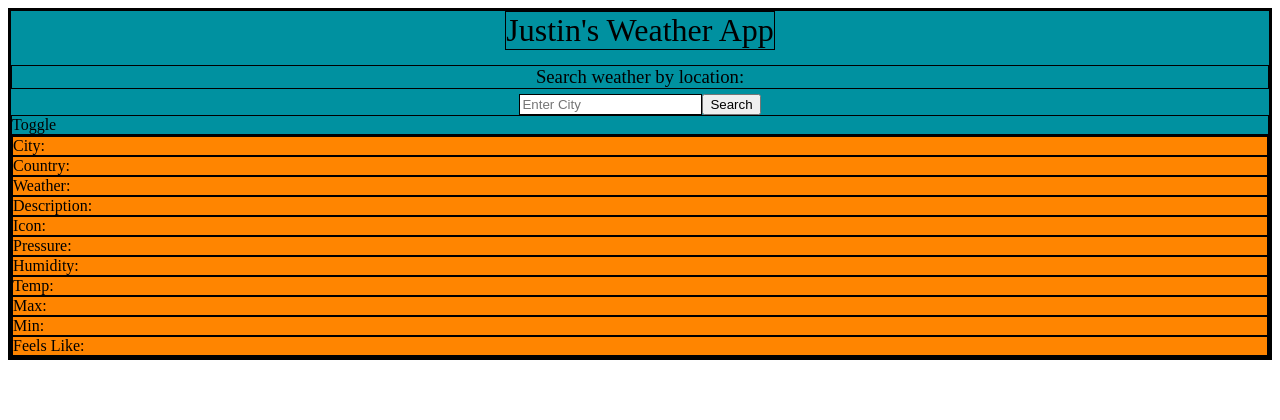
Repository: J-Haze/Weather
Page: /
An editor plug-in stored every save of this project. The page is shown before and after the next save, followed by the edit.
The browser window is 1280 px wide. The pictures show the whole page.
The project was rebuilt for these pictures with package versions that can differ from the ones it lists, and the page was loaded fresh each time. Also part of the build but not shown: src/index.css.

Above is the page before, as saved 2020-09-06 17:08:38.

After the next save:
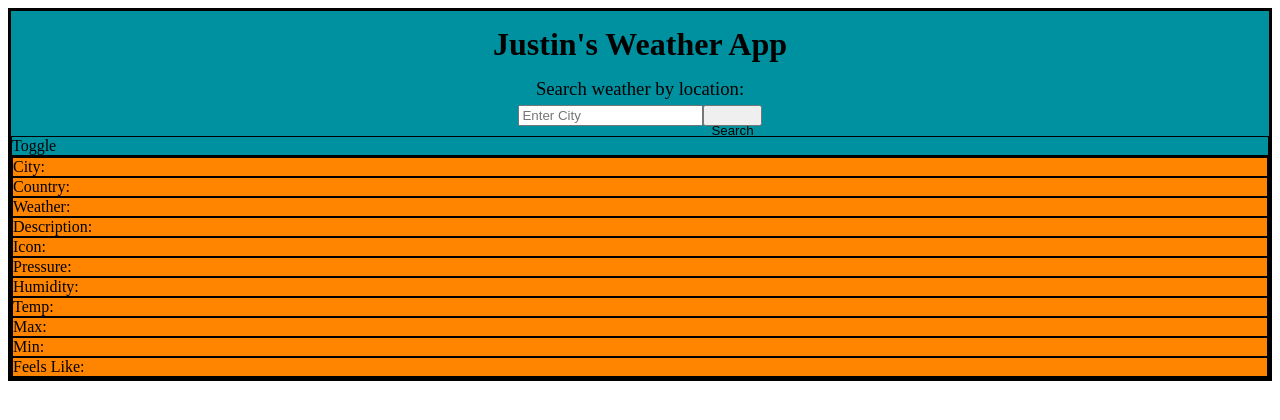
Saved 6 min 5 s later.
--- a/src/App.css
+++ b/src/App.css
@@ -24,9 +24,11 @@ header{
     justify-content: center;
     /* align-items: center; */
     font-size: 2em;
+    margin-top: 15px;
     margin-bottom: 15px;
+    font-weight: bold;
 
-    border: 1px solid black;
+    border: none;
 }
 
 #subtitle{
@@ -37,11 +39,12 @@ header{
      margin-bottom: 5px;;
     font-size: 1.17em;
 
-    border: 1px solid black;
+    border: none;
 }
 
 #form{
     display: flex;
+    margin-bottom: 10px;
 }
 
 #search-box{
@@ -50,7 +53,6 @@ header{
     justify-content: center;
      align-items: center;
 
-    border: 1px solid black;
 }
 
 #search-button{
@@ -61,7 +63,7 @@ header{
   /* height: 30px;
   line-height: 30px; */
   color: black;
-  flex-shrink: 0;
+  /* flex-shrink: 0; */
 }
 
 #results-section{
@@ -69,6 +71,7 @@ header{
 }
 
 .fa-search-location{
+    display: flex;
     height: 100%;
     width: 100%;
     color: black;
